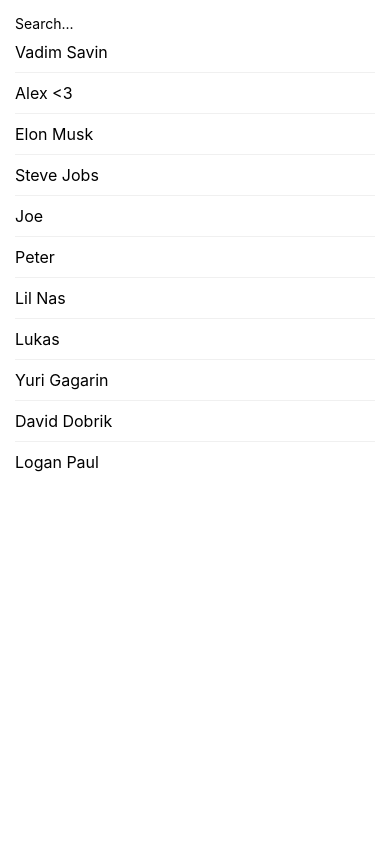
Repository: JennaFi/VideoCallApp
Screen: /
The author's editor kept a copy of each file at every save. The screen is drawn from the files as they stood at one save, then again after the next save.
The app was drawn by React Native's web renderer in a window 390 px wide. The project was rebuilt for these pictures with package versions that can differ from the ones it lists, and the page was loaded fresh each time.

Above is the screen before, as saved 2022-01-11 16:20:11.

### App.js
/**
 * Sample React Native App
 * https://github.com/facebook/react-native
 *
 * @format
 * @flow strict-local
 */


import React from 'react'
import {
  SafeAreaView, StatusBar
} from 'react-native'
import ContactsScreen from './src/screens/ContactsScreen'




const App = () => {


  return (
    <SafeAreaView >
      <StatusBar barStyle={'dark-content'} />

      <ContactsScreen />

    </SafeAreaView>
  )
}



export default App

### src/screens/ContactsScreen/index.js
import React from 'react'
import { FlatList, StyleSheet, Text, TextInput, View } from 'react-native'
import contacts from '../../../assets/data/contacts.json'


const ContactsScreen = () => {
  return (
    <View style={styles.page}>
      <TextInput placeholder='Search...' />
      <FlatList
        data = {contacts}
        renderItem={({item}) => (
          <Text style={styles.contactName}>{item.user_display_name}</Text>)}
        ItemSeparatorComponent={() => <View style={styles.separator}/>}
      />

    </View>
  )
}

const styles = StyleSheet.create({
  page: {
    padding: 15
  },

  contactName: {
    fontSize: 16,
    marginVertical: 10,
  },
  separator: {
    width: '100%',
    height: 1,
    backgroundColor: '#f0f0f0'
  }
})

export default ContactsScreen

### assets/data/contacts.json
[
  {
    "user_id": "1",
    "user_name": "vadim",
    "user_display_name": "Vadim Savin"
  },
  {
    "user_id": "2",
    "user_name": "alex",
    "user_display_name": "Alex <3"
  },
  {
    "user_id": "3",
    "user_name": "elonmusk",
    "user_display_name": "Elon Musk"
  },
  {
    "user_id": "4",
    "user_name": "jobs",
    "user_display_name": "Steve Jobs"
  },
  {
    "user_id": "5",
    "user_name": "joe",
    "user_display_name": "Joe"
  },
  {
    "user_id": "6",
    "user_name": "peter",
    "user_display_name": "Peter"
  },
  {
    "user_id": "7",
    "user_name": "lilnas",
    "user_display_name": "Lil Nas"
  },
  {
    "user_id": "8",
    "user_name": "Lukas",
    "user_display_name": "Lukas"
  },
  {
    "user_id": "9",
    "user_name": "Yuri",
    "user_display_name": "Yuri Gagarin"
  },
  {
    "user_id": "10",
    "user_name": "David",
    "user_display_name": "David Dobrik"
  },
  {
    "user_id": "11",
    "user_name": "Logan",
    "user_display_name": "Logan Paul"
  }
]

After the next save:
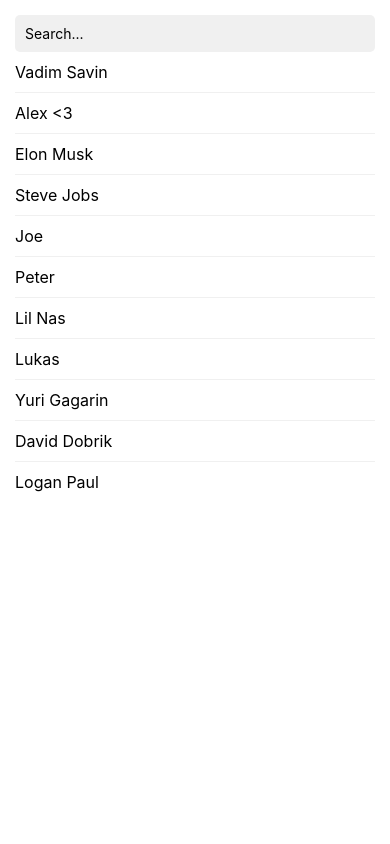
Saved 2 min 14 s later.
--- a/src/screens/ContactsScreen/index.js
+++ b/src/screens/ContactsScreen/index.js
@@ -6,7 +6,7 @@
 const ContactsScreen = () => {
   return (
     <View style={styles.page}>
-      <TextInput placeholder='Search...' />
+      <TextInput style={styles.searchInput} placeholder='Search...' />
       <FlatList
         data = {contacts}
         renderItem={({item}) => (
@@ -31,6 +31,12 @@
     width: '100%',
     height: 1,
     backgroundColor: '#f0f0f0'
+  },
+  searchInput: {
+    backgroundColor: '#f0f0f0',
+    padding: 10,
+    borderRadius: 5,
+
   }
 })
 
